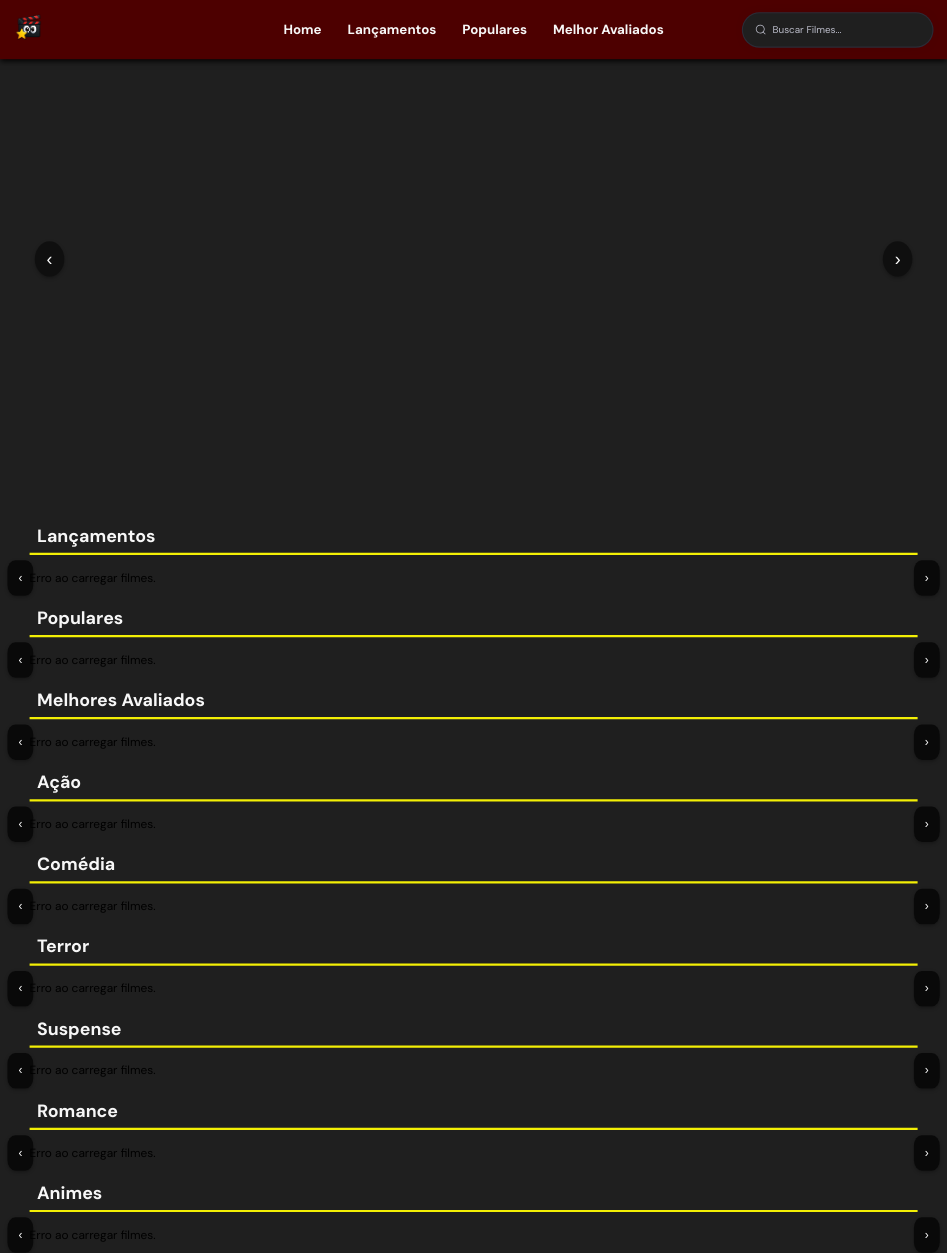
Repository: juanpablitozito/stat-viewer
Page: index.html
An editor plug-in stored every save of this project. The page is shown before and after the next save, followed by the edit.
The browser window is 1280 px wide. The pictures show the whole page, at 74% of full size.
The page's requests for data from a server got no answer.

Above is the page before, as saved 2025-10-01 21:17:15.

### index.html
<!DOCTYPE html>
<html lang="pt-br">
<head>
    <meta charset="UTF-8">
    <meta name="viewport" content="width=device-width, initial-scale=1.0">
    <link rel="shortcut icon" href="/assets/img/logo_stat.ico" type="image/x-icon">
    <title>Stat Viewer</title>
    <link rel="stylesheet" href="src/styles/style.css">
    <link rel="preconnect" href="https://fonts.googleapis.com">
    <link rel="preconnect" href="https://fonts.gstatic.com" crossorigin>
    <link href="https://fonts.googleapis.com/css2?family=DM+Sans:ital,opsz,wght@0,9..40,100..1000;1,9..40,100..1000&display=swap" rel="stylesheet">
    <script src="https://cdn.jsdelivr.net/npm/sweetalert2@11"></script>
</head>
<body>

    <header>
        <section class="nav-bar">

            <nav id="home">

                <a href="/src/pages/login.html"><img src="assets/img/logo_stat.ico" alt="logo" ></a>

                <ul>

                    <li><a href="#home">Home</a></li>
                    <li><a href="#lançamentos">Lançamentos</a></li>
                    <li><a href="#populares">Populares</a></li>
                    <li><a href="#melhoravaliados">Melhor Avaliados</a></li>
                </ul>

                <div class="search-container">
                  <div class="group">
                    <svg viewBox="0 0 24 24" aria-hidden="true" class="search-icon">
                      <g>
                        <path
                          d="M21.53 20.47l-3.66-3.66C19.195 15.24 20 13.214 20 11c0-4.97-4.03-9-9-9s-9 4.03-9 9 4.03 9 9 9c2.215 0 4.24-.804 5.808-2.13l3.66 3.66c.147.146.34.22.53.22s.385-.073.53-.22c.295-.293.295-.767.002-1.06zM3.5 11c0-4.135 3.365-7.5 7.5-7.5s7.5 3.365 7.5 7.5-3.365 7.5-7.5 7.5-7.5-3.365-7.5-7.5z"
                        ></path>
                      </g>
                    </svg>
                    <input
                      id="query"
                      class="input"
                      type="search"
                      placeholder="Buscar Filmes..."
                      name="searchbar"

                    />
                  </div>
                </div>

                <!-- Overlay para resultados da busca -->
                <div id="searchResultsOverlay" class="search-overlay hidden">
                  <div id="searchResults" class="search-results"></div>
                </div>
            </nav>

        </section>

    </header>
    <main>

      <section >
        <div class="carrossel">
          <div class="slides" id="slides">

          </div>

          <button class="btn anterior" onclick="voltarSlide()">‹</button>
          <button class="btn proximo" onclick="avancarSlide()">›</button>
        </div>
      </section>

      <section id="lançamentos">
        <h2>Lançamentos</h2>
        <div class="movie-section">
          <button class="prev-launches">‹</button>
          <div id="launches" class="movie-row"></div>
          <button class="next-launches">›</button>
        </div>
      </section>

      <section id="populares">
        <h2>Populares</h2>
        <div class="movie-section">
          <button class="prev-popular">‹</button>
          <div id="popular" class="movie-row"></div>
          <button class="next-popular">›</button>
        </div>
      </section>

      <section id="melhoravaliados">
        <h2>Melhores Avaliados</h2>
        <div class="movie-section">
          <button class="prev-topRated">‹</button>
          <div id="topRated" class="movie-row"></div>
          <button class="next-topRated">›</button>
        </div>
      </section>

      <section>
        <h2>Ação</h2>
        <div class="movie-section">
          <button class="prev-acao">‹</button>
          <div id="acao" class="movie-row"></div>
          <button class="next-acao">›</button>
        </div>
      </section>

      <section>
        <h2>Comédia</h2>
        <div class="movie-section">
          <button class="prev-comedia">‹</button>
          <div id="comedia" class="movie-row"></div>
          <button class="next-comedia">›</button>
        </div>
      </section>

      <section>
        <h2>Terror</h2>
        <div class="movie-section">
          <button class="prev-terror">‹</button>
          <div id="terror" class="movie-row"></div>
          <button class="next-terror">›</button>
        </div>
      </section>

      <section>
        <h2>Suspense</h2>
        <div class="movie-section">
          <button class="prev-suspense">‹</button>
          <div id="suspense" class="movie-row"></div>
          <button class="next-suspense">›</button>
        </div>
      </section>

      <section>
        <h2>Romance</h2>
        <div class="movie-section">
          <button class="prev-romance">‹</button>
          <div id="romance" class="movie-row"></div>
          <button class="next-romance">›</button>
        </div>
      </section>

      <section>
        <h2>Animes</h2>
        <div class="movie-section">
          <button class="prev-anime">‹</button>
          <div id="anime" class="movie-row"></div>
          <button class="next-anime">›</button>
        </div>
      </section>



    </main>

      <footer class="footer">

      </footer>

      <!-- Caixa de avaliaçao -->
      <div id="movieModal" class="modal hidden">
        <div class="modal-container">
        <div class="modal-image" id="modalBgImage"></div>
        <div class="modal-content">
          <span id="closeModal" class="close-button">&times;</span>

          <div class="modal-header">
            <h2 id="modalTitle"></h2>
            <p id="modalRating"></p>
            <p id="modalRelease"></p>
          </div>

          <hr>

          <div class="sinopse">

            <h5> Sinopse:</h5>

            <p id="modalOverview"></p>

          </div>

            <hr>


          <div id="modalTrailer">
            <!-- O trailer será inserido aqui via JavaScript -->
          </div>
        </div>
      </div>
    </div>



    <script src="src/js/script.js"></script>
</body>
</html>

### src/styles/style.css
/* Definindo o comportamento básico para todos os elementos */

:root{
  --cor-primaria: #1f1f1f;

  --accent-color: #a8a8a8;
  --highlight-color: #f7f7f7;
  --button-color: #fffb04f1;
  --button-hover-color: #fffb04bb;
  --segunda-cor: rgb(77, 0, 0);
  --text-color: #f7f7f7;
  --sombra: rgba(0, 0, 0, 1) 0px 2px 8px;
  --transition: all 0.3s ease;
  ;
}
* {
  box-sizing: border-box;  /* Inclui padding e bordas no tamanho total do elemento */
  scroll-behavior: smooth;  /* Aplica rolagem suave para a página */
  margin: 0;  /* Remove a margem padrão de todos os elementos */
  padding: 0;  /* Remove o padding padrão de todos os elementos */
}

/* Estilo para o corpo da página */
body {
  background-color: var(--cor-primaria);  /* Cor de fundo escura */
  font-family: DM Sans, sans-serif;  /* Fonte utilizada para o texto */
}

/* Estilo para a barra de navegação */
nav {
  position: fixed;
  z-index: 10001;
  width: 100%;
  top: 0;
  height: 80px;  /* Altura automática */
  background-color: var(--segunda-cor);  /* Cor de fundo da barra de navegação */
  display: flex;  /* Usando flexbox para organizar os itens */
  justify-content: space-between;  /* Espaça os itens entre si */
  align-items: center;  /* Alinha os itens verticalmente */
  padding: 5px 20px;  /* Espaçamento interno */
  box-shadow: var(--sombra);
}

/* Estilo para a lista de links de navegação */
ul {
  display: flex;  /* Exibe os itens da lista em linha */
  flex-direction: row;  /* Alinha os itens na horizontal */
  position: absolute;  /* Posição absoluta para centralizar */
  left: 50%;  /* Centraliza a lista */
  transform: translateX(-50%);  /* Ajusta a posição para exatamente o centro */
  list-style: none;  /* Remove os marcadores da lista */
  gap: 35px;  /* Espaço entre os itens */
}

/* Estilo dos links de navegação */
a {
  color: #f7f7f7;  /* Cor do texto do link */
  text-decoration: none;  /* Remove o sublinhado */
  font-size: 18px;  /* Tamanho da fonte */
  font-weight: bold;  /* Deixa o texto em negrito */
}

/* Efeito de hover nos links */
a:hover {
  color: #a8a8a8;  /* Cor ao passar o mouse */
  transition: 0.5s ease;  /* Transição suave */
}

/* Estilo para o logo na barra de navegação */
nav img {
  width: 3vw;  /* Largura do logo em relação à largura da tela */
}

/* Estilo para a barra de pesquisa */
.group {
  display: flex;  /* Exibe os elementos da barra de pesquisa em linha */
  line-height: 28px;  /* Alinha o texto verticalmente */
  align-items: center;  /* Alinha os itens verticalmente */
  position: relative;  /* Posição relativa para o ícone de pesquisa */
}

/* Estilo do campo de input da pesquisa */
.input {
  font-family: "DM Sans", sans-serif;  /* Fonte do campo de pesquisa */
  width: 20vw;
  height: 45px;  /* Altura do campo */
  padding-left: 2.5rem;  /* Espaçamento interno à esquerda */
  box-shadow: 0 0 0 1.5px #2b2c37, 0 0 25px -17px #000;  /* Sombra */
  border: 0;  /* Remove a borda */
  border-radius: 30px;  /* Bordas arredondadas */
  background-color: var(--cor-primaria);  /* Cor de fundo */
  outline: none;  /* Remove o contorno padrão */
  color: #bdbecb;  /* Cor do texto */
  transition: all 0.25s cubic-bezier(0.19, 1, 0.22, 1);  /* Transição suave */
  cursor: text;  /* Aponta o cursor de texto */
  z-index: 0;  /* Define a camada do elemento */
}

/* Estilo para o texto do placeholder */
.input::placeholder {
  color: #bdbecb;  /* Cor do placeholder */
}

/* Efeito de hover no campo de input */
.input:hover {
  box-shadow: 0 0 0 2.5px #2f303d, 0px 0px 25px -15px #000;  /* Sombra maior */
}

/* Efeito quando o campo é clicado */
.input:active {
  transform: scale(0.95);  /* Reduz o tamanho ao ser clicado */
}

/* Efeito quando o campo de input está em foco */
.input:focus {
  box-shadow: 0 0 0 2.5px #2f303d;  /* Aplica sombra ao focar */
}

/* Estilo para o ícone de pesquisa */
.search-icon {
  position: absolute;  /* Posição absoluta dentro do campo de pesquisa */
  left: 1rem;  /* Alinhamento à esquerda */
  fill: #bdbecb;  /* Cor do ícone */
  width: 1rem;  /* Largura do ícone */
  height: 1rem;  /* Altura do ícone */
  pointer-events: none;  /* Não interage com o ícone */
  z-index: 1;  /* Define a camada do ícone */
}

/* Estilo do carrossel de filmes */
.carrossel {
  position: relative;  /* Posição relativa */
  width: 95vw;  /* Largura do carrossel */
  height: 600px;  /* Altura do carrossel */
  margin: 100px auto;  /* Margem automática para centralizar */
  overflow: hidden;  /* Oculta qualquer conteúdo fora da área visível */
  border-radius: 10px;  /* Bordas arredondadas */
  box-shadow: 0 4px 10px var(--sombra);  /* Sombra para o carrossel */
}

/* Estilo para os slides dentro do carrossel */
.slides {
  display: flex;  /* Exibe os slides em linha */
  transition: transform 1.5s ease-in-out;  /* Transição suave para mover os slides */
  height: 100%;  /* Altura do slide é igual à do carrossel */
}

/* Estilo para as imagens dos slides */
.slides img {
  width: 100%;  /* Largura total do slide */
  height: 100%;  /* Altura total do slide */
  flex-shrink: 0;  /* Impede o encolhimento da imagem */
}

/* Estilo dos botões de navegação do carrossel */
.btn {
  position: absolute;  /* Posição absoluta dentro do carrossel */
  top: 50%;  /* Centraliza verticalmente */
  transform: translateY(-50%);  /* Ajusta o alinhamento vertical */
  background: rgba(0, 0, 0, 0.5);  /* Cor de fundo com transparência */
  color: white;  /* Cor do texto */
  border: none;  /* Remove a borda */
  padding: 10px 16px;  /* Espaçamento interno */
  font-size: 24px;  /* Tamanho da fonte */
  cursor: pointer;  /* Cursor de ponteiro para indicar que é clicável */
  border-radius: 50%;  /* Botões arredondados */
}

/* Estilo para o botão anterior */
.btn.anterior {
  left: 15px;  /* Posição à esquerda */
}

/* Estilo para o botão próximo */
.btn.proximo {
  right: 15px;  /* Posição à direita */
}

/* Efeito de hover nos botões */
.btn:hover {
  background: rgba(0, 0, 0, 0.7);  /* Altera a cor do fundo ao passar o mouse */
}

/* Estilo para o catálogo de filmes */
h1 {
  text-align: center;  /* Centraliza o texto */
  padding: 10px 20px;  /* Espaçamento interno */
  margin: 10px;  /* Margem externa */
  color: #f7f7f7;  /* Cor do texto */
}

/* Estilo para o subtítulo do catálogo */
h2 {
      padding: 8px 10px;
    margin: 20px 40px;
    color: #f7f7f7;
    border-bottom: 3px solid var(--button-color);
  color: #f7f7f7;  /* Cor do texto */
}

/* Estilo para os cards de filmes */
.movie-section {
  display: flex;  /* Exibe os filmes em linha */
  align-items: center;  /* Alinha verticalmente */
  position: relative;  /* Define contexto para os botões */
}

/* Estilo para a linha de filmes */
.movie-row {
  display: flex;  /* Exibe os filmes em linha */
  overflow-x: hidden;  /* Oculta a barra de rolagem horizontal */
  scroll-behavior: smooth;  /* Rolagem suave */
  position: relative;  /* Define contexto para os botões */
  margin: 0 40px;  /* Margem externa */
}

/* Estilo para cada card de filme */
.card-movie {
  width: 200px;  /* Largura do card */
  height: 350px;  /* Altura do card */
  border-radius: 8px;  /* Bordas arredondadas */
  overflow: hidden;  /* Oculta qualquer conteúdo fora do card */
  text-align: center;  /* Centraliza o texto */
  padding: 10px;  /* Espaçamento interno */
  flex: 0 0 auto;  /* Impede o encolhimento do card */
  display: flex;  /* Exibe o conteúdo do card em flex */
  flex-direction: column;  /* Alinha o conteúdo do card na vertical */
  justify-content: space-between;  /* Espaço entre os elementos do card */
}

/* Estilo para as imagens dentro do card */
.card-movie img {
  width: 100%;  /* Largura total da imagem */
  height: 300px;  /* Altura da imagem */
  border-radius: 8px;  /* Bordas arredondadas */
  object-fit: cover;  /* Preenche o espaço do card com a imagem */
  object-position: center;  /* Centraliza a imagem */
  cursor: pointer;
  box-shadow: var(--sombra)
}

.card-movie img:hover {
  transform: scale(1.10);
  transition: var(--transition);
  box-shadow: 0 4px 20px var(--sombra);
}
.card-movie h3 {
  display: none;
}

/* Estilo para os botões de navegação */
section button {
  background-color: rgba(0, 0, 0, 0.5);  /* Cor de fundo semitransparente */
  color: white;  /* Cor do texto */
  border: none;  /* Remove as bordas padrão */
  padding: 10px 20px;  /* Espaçamento interno */
  font-size: 16px;  /* Tamanho da fonte */
  cursor: pointer;  /* Cursor de ponteiro */
  transition: background-color 0.3s ease;  /* Transição suave para a cor de fundo */
  position: absolute;  /* Posição absoluta dentro do carrossel */
  top: 50%;  /* Centraliza verticalmente */
  transform: translateY(-50%);  /* Ajusta o alinhamento vertical */
  z-index: 10;  /* Garante que o botão fique acima do conteúdo */
  background-color: rgba(0, 0, 0, 0.7);  /* Fundo com maior transparência */
  padding: 15px;  /* Aumenta o tamanho dos botões */
  border-radius: 30%;  /* Botões arredondados */
  box-shadow: 0 2px 5px rgba(0, 0, 0, 0.3);  /* Sombra nos botões */
}

/* Efeito de hover nos botões */
section button:hover {
  background-color: rgba(0, 0, 0, 0.9);  /* Altera a cor do fundo ao passar o mouse */
}

/* Estilos específicos para os carrosséis de filmes */
#launches, #popular, #topRated, #acao, #comedia, #terror, #suspense, #romance, #anime {
  position: relative;  /* Posição relativa para os botões */
}

/* Estilo para o botão de "Anterior" nos filmes */
.prev-launches, .prev-popular, .prev-topRated, .prev-acao, .prev-comedia, .prev-terror, .prev-suspense, .prev-romance, .prev-anime {
  left: 10px;  /* Posição à esquerda */
}

/* Estilo para o botão de "Próximo" nos filmes */
.next-launches, .next-popular, .next-topRated, .next-acao, .next-comedia, .next-terror, .next-suspense, .next-romance, .next-anime {
  right: 10px;  /* Posição à direita */
}

.modal {
  position: fixed;
  inset: 0;
  background-color: rgba(0, 0, 0, 0.85);
  display: flex;
  align-items: center;
  justify-content: center;
  z-index: 9999;
}

hr{
  margin: 20px 0;
}

.modal-container {
  display: flex;
  width: 90%;
  max-width: 900px;
  height: 500px;
  background-color: #1f1f1f;
  border-radius: 8px;
  overflow: hidden;
  color: white;
}

.modal-image {
  flex: 0 0 35%;
  background-size: cover;
  background-position: center;
  background-repeat: no-repeat;
  min-height: 100%;
}

#modalTitle{
  padding: 0;
  margin: 0;
}

#modalRating{
  position: absolute;
  top: 35px;
  right: 100px;
}

.btn-trailer{
  padding: 10px 20px;
  background-color: orange;
  border: 1px solid white;
  border-radius: 1px;
}

.btn-trailer:hover{
  background-color: rgb(187, 124, 6);
  border: 1px solid white;
  cursor: pointer;
}

h5{
  font-size: 18px;
  margin: 0;
  padding: 0;
}

.sinopse{
  margin: 20px 0;
}

#modalOverview{
  font-family:'Montserrat', sans-serif;
  color: #a8a8a8;
  width: 100%;
  margin: 0;
}

.modal-content {
  background-color: #1f1f1f;
  padding: 30px;
  border-radius: 10px;
  max-width: 800px;
  max-height: 800px;
  height: 100%;
  width: 100%;
  color: #f7f7f7;
  position: relative;
}

.close-button {
  position: absolute;
  top: 10px;
  right: 15px;
  font-size: 22px;
  cursor: pointer;
}

.hidden {
  display: none;
}

/* Caixa de Pesquisa */

.search-overlay {
  position: fixed;
  top: 70px;
  left: 0;
  right: 0;
  bottom: 0;
  background-color: rgba(0, 0, 0, 0.95);
  z-index: 999;
  overflow-y: auto;
  padding: 20px;
}

.search-results {
  display: flex;
  flex-wrap: wrap;
  gap: 20px;
}

.hidden {
  display: none;
}

.meu-popup {
  background: #1f1f1f;
  border-radius: 20px;
  box-shadow: 10px 10px  100px rgba(255, 0, 0, 0.589);
}

.meu-titulo {
  font-family: 'Poppins', sans-serif;
  color: #fff;
  border: none;
}

.meu-botao {
  background-color: var(--segunda-cor);
  color: var(--text-color);

  transition: var(--transition);
  border-radius: 10px;
  padding: 8px 20px;
border: none;
}

.meu-botao:hover {
  background-color: #4d000080;
  color: var(--text-color);
  transform: translate(1.05);

}

/* Responsividade*/

@media (max-width: 767px) {
  /* Ajustes na barra de navegação */
  nav {
    flex-direction: column;
    padding: 10px;
    height: auto;
  }

  nav img {
    width: 40px;
    margin-bottom: 10px;
  }

  ul {
    position: static;
    transform: none;
    flex-wrap: wrap;
    justify-content: center;
    gap: 15px;
    margin-top: 10px;
    margin-bottom: 10px;
  }

  .search-container {
    width: 100%;
    margin-top: 10px;
  }

  .input {
    width: 100%;
  }

  /* Ajustes no carrossel */
  .carrossel {
    height: 200px;
    margin: 70px auto 20px;
  }

  /* Ajustes nas seções de filmes */
  h2 {
    padding: 10px 20px;
    font-size: 1.2rem;
  }

  .movie-section {
    margin: 0;
  }

  .movie-row {
    margin: 0 15px;
    scroll-padding: 0 15px;
  }

  .card-movie {
    width: 150px;
    height: 250px;
  }

  .card-movie img {
    height: 200px;
  }

  section button {
    padding: 8px;
    font-size: 12px;
  }

  /* Modal */
  .modal-container {
    flex-direction: column;
    height: auto;
    max-height: 90vh;
    overflow-y: auto;
  }

  .modal-image {
    flex: 0 0 200px;
    min-height: 200px;
  }

  .modal-content {
    padding: 15px;
  }

  /* Overlay de busca */
  .search-overlay {
    top: 150px;
  }

  .search-results {
    justify-content: center;
  }
}

/* Telas médias (tablets, 768px a 1023px) */
@media (min-width: 768px) and (max-width: 1023px) {
  /* Ajustes na barra de navegação */
  nav {
    padding: 10px 15px;
  }

  nav img {
    width: 30px;
  }

  ul {
    gap: 20px;
  }

  .input {
    width: 25vw;
  }

  /* Ajustes no carrossel */
  .carrossel {
    height: 400px;
    margin: 80px auto 30px;
  }

  /* Ajustes nas seções de filmes */
  h2 {
    padding: 15px 30px;
  }

  .movie-row {
    margin: 0 30px;
  }

  .card-movie {
    width: 180px;
    height: 300px;
  }

  .card-movie img {
    height: 250px;
  }

  /* Modal */
  .modal-container {
    height: 70vh;
  }

  .modal-image {
    flex: 0 0 30%;
  }
}

/* Telas grandes (notebooks e desktops, 1024px a 1439px) */
@media (min-width: 1024px) and (max-width: 1439px) {
  /* Ajustes no carrossel */
  .carrossel {
    height: 500px;
  }

  /* Ajustes nas seções de filmes */
  .card-movie {
    width: 190px;
    height: 320px;
  }

  .card-movie img {
    height: 270px;
  }
}

Loaded but not shown: src/js/script.js (488 lines, source omitted)

After the next save:
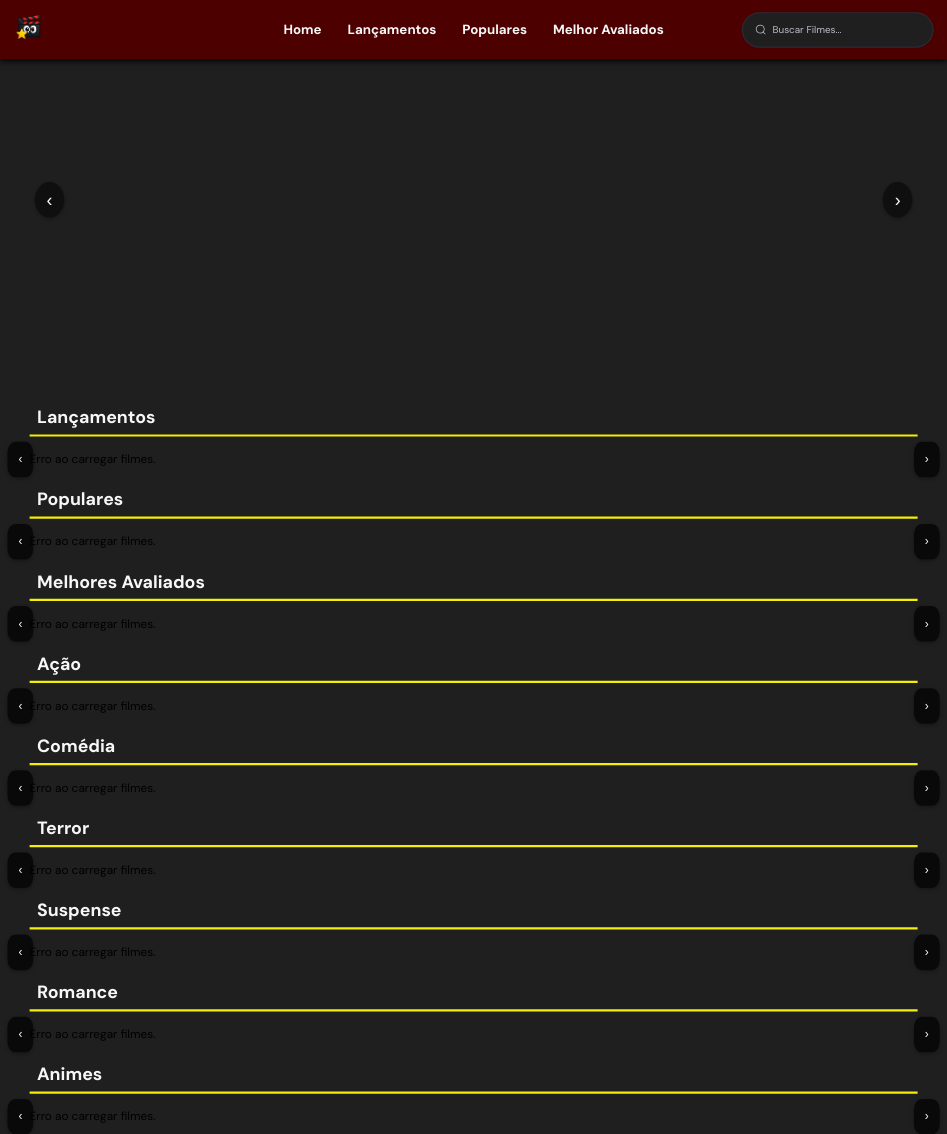
Saved 6 s later.
--- a/src/styles/style.css
+++ b/src/styles/style.css
@@ -132,7 +132,7 @@ nav img {
   position: relative;  /* Posição relativa */
   width: 95vw;  /* Largura do carrossel */
   height: 600px;  /* Altura do carrossel */
-  margin: 100px auto;  /* Margem automática para centralizar */
+  margin: 20px auto;  /* Margem automática para centralizar */
   overflow: hidden;  /* Oculta qualquer conteúdo fora da área visível */
   border-radius: 10px;  /* Bordas arredondadas */
   box-shadow: 0 4px 10px var(--sombra);  /* Sombra para o carrossel */
